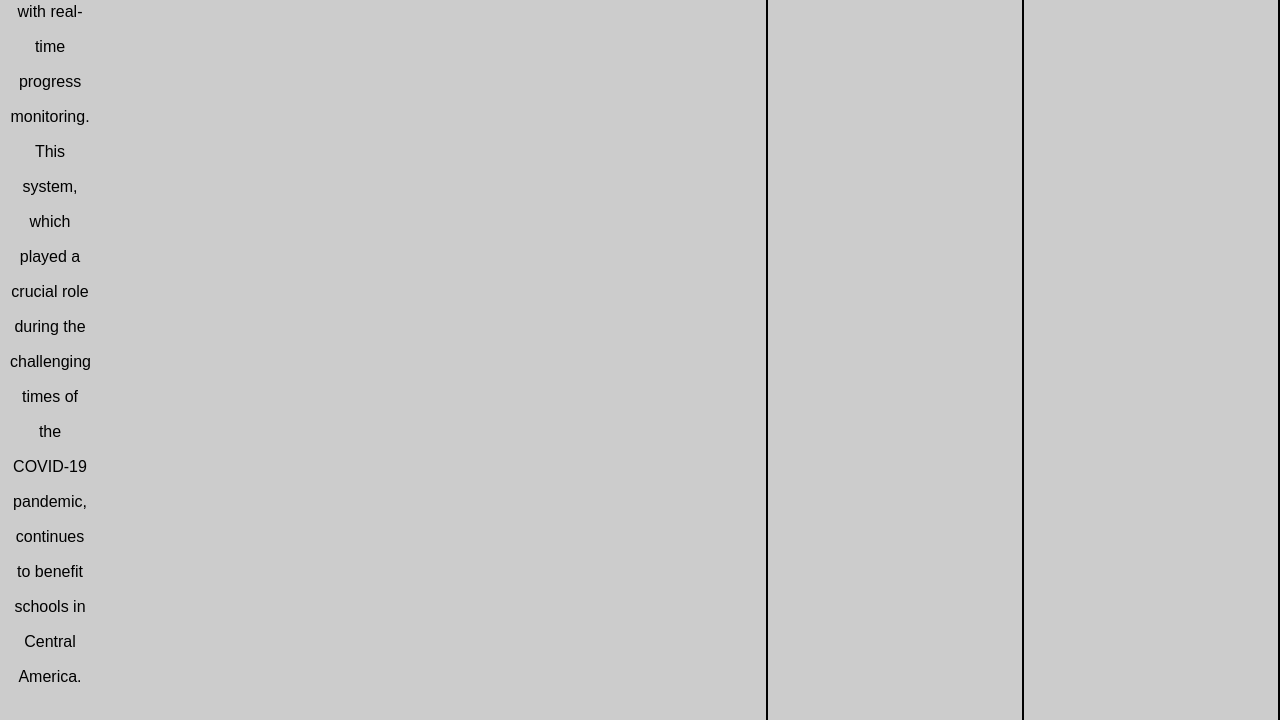
Repository: tessa5/developerPortfolio
Page: public/bio.html
An editor plug-in stored every save of this project. The page is shown before and after a run of saves, followed by the edit.
The browser window is 1280 px wide. The pictures show the whole page.

Above is the page before, as saved 2023-08-08 14:40:00.

### public/bio.html
<!DOCTYPE html>
<html lang="en">
<head>
    <meta charset="UTF-8">
    <meta name="viewport" content="width=device-width, initial-scale=1.0">
    <title>Document</title>
    <link rel="stylesheet" href="assets/styles/bio.css">
</head>
<body>
    <section>
        <ul>
            <li>
                <div class="bio">
                    <h2>Bio</h2>
                    <p>
                        Ms. Teresia Kamau is a professional, currently working as the Senior Manager and Team Leader at Gyeonggi Business and Science Accelerator Africa branch. With a passion for technology, she has set her sights on transitioning fully into the tech industry as an AWS Ops leader within the next 1.5 years. <br/>Determined to stay ahead in this competitive field, she has set a challenging target of passing the AWS certificate exam within the next 7 months.
In 3 years, she plans to launch a mentorship program specifically catering to women looking to venture into the realms of AR and AI. With her vision, she aims to create a supportive and inclusive environment for aspiring female technologists, driving innovation and progress in the industry.
<br/>Teresia has an impressive track record of achievements, exemplifying her capability as a leader and a visionary. In just two years, she has ascended to the role of Senior Manager and Team Leader, showcasing her exceptional leadership skills and strategic acumen. <br/>Moreover, Teresia's abilities in forging international partnerships and driving business growth enabled her to facilitate contracts worth a staggering $600,000 between Korean companies and entities in East Africa.
Beyond her corporate achievements, Teresia has made a significant impact in the field of education. Collaborating in the development of an innovative education system, powered by AWS EC2, she has enabled educators and students to engage in seamless learning experiences with real-time progress monitoring. This system, which played a crucial role during the challenging times of the COVID-19 pandemic, continues to benefit schools in Central America.

                    </p>
                </div>
            </li>
            <li></li>
            <li></li>
        </ul>

    </section>

</body>
</html>

### public/assets/styles/bio.css
body {
    margin: 0;
    padding:0;
    font-family: sans-serif;
}
ul {
    position: absolute;
    top: 0;
    left: 0;
    width: 100%;
    height:100vh;
    background: #ccc;
    margin:0;
    padding:0;
}
ul li {
    list-style:none;
    position:relative;
    width:33%;
    height:100%;
    border-right: 2px solid #000;
    float: left;
    box-sizing:border-box;
    transition: 0.5s;
    text-align: center;
}

ul:hover li {
    width: 20%
}

ul li:hover {
    width:60%
}

ul li .bio {
    position:absolute;
    bottom:0;
    left:0;
    width: 100px;
    background:
}
p {
    height:100%;
    line-height:35px;
    padding:10px;
    margin-top:5px;
    box-sizing: border-box;
    word-break: keep-all;
    padding-top:30px;
}

After the next 2 saves:
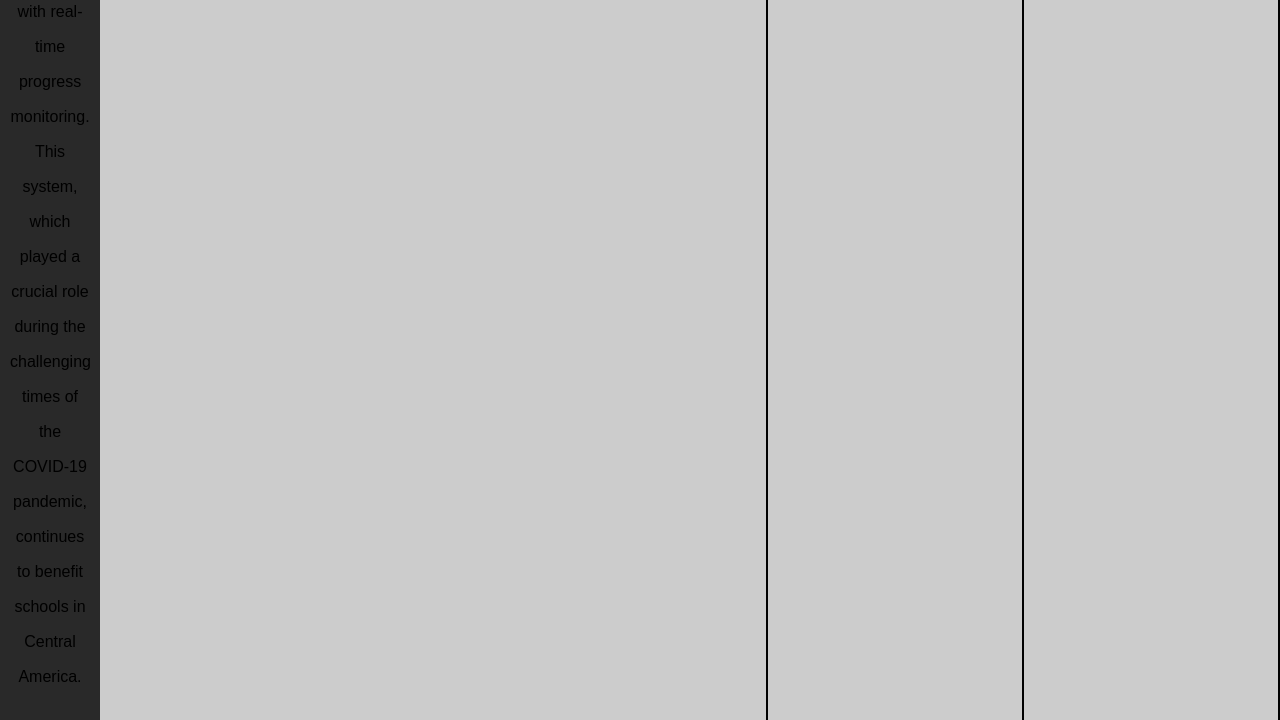
The 2 saves are shown as one change because they came seconds apart.
The last was saved 12 s later.
--- a/public/assets/styles/bio.css
+++ b/public/assets/styles/bio.css
@@ -38,7 +38,7 @@ ul li .bio {
     bottom:0;
     left:0;
     width: 100px;
-    background:
+    background: rgba(0,0,0,0.8);
 }
 p {
     height:100%;
